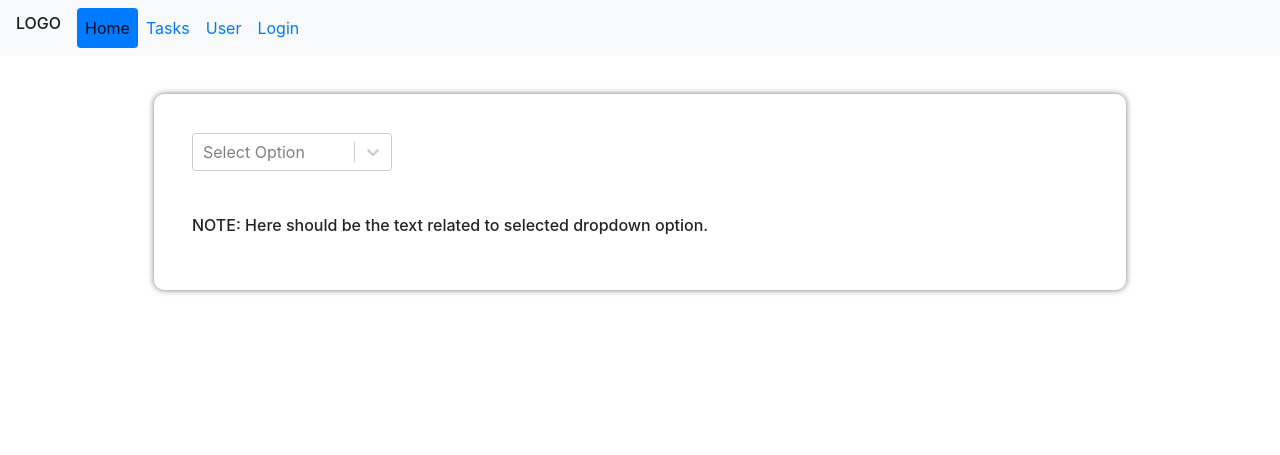
Repository: lalji-yadav/Nimapinfotech-demo-project
Page: /
These files come from the project's save history. The page is drawn as it stood at one moment and after the next save; the edit follows.
The browser window is 1280 px wide. The pictures show the whole page.
The project was rebuilt for these pictures with package versions that can differ from the ones it lists, and the page was loaded fresh each time. Also part of the build but not shown: src/components/Tasks.js, src/components/Users.js.

Above is the page before, as saved 2021-01-18 12:57:00.

After the next save:
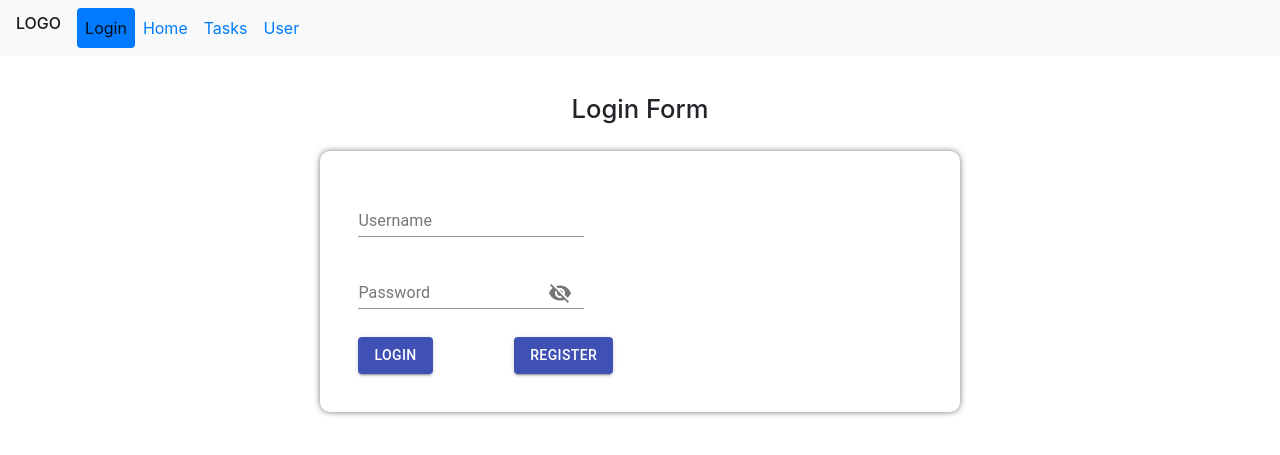
Saved 113 s later.
--- a/src/components/Navbars.js
+++ b/src/components/Navbars.js
@@ -23,9 +23,17 @@ const Navbars=()=> {
                       <Navbar.Toggle aria-controls="basic-navbar-nav" />
                       <Navbar.Collapse id="basic-navbar-nav">
                       <Nav variant="pills" defaultActiveKey="/">
+
                         <Nav.Item>
-                          <Nav.Link href="/">Home </Nav.Link>
+                          <Nav.Link href="/">Login </Nav.Link>
                         </Nav.Item>
+
+                        <Nav.Item>
+                          <Nav.Link eventKey="link-3">
+                          <Link to="/home"> Home </Link>
+                          </Nav.Link>
+                        </Nav.Item>
+
                         <Nav.Item>
                           <Nav.Link eventKey="link-1"> <Link to="/tasks"> Tasks </Link> </Nav.Link>
                         </Nav.Item>
@@ -35,11 +43,6 @@ const Navbars=()=> {
                           </Nav.Link>
                         </Nav.Item>
 
-                        <Nav.Item>
-                          <Nav.Link eventKey="link-3">
-                          <Link to="/login"> Login </Link>
-                          </Nav.Link>
-                        </Nav.Item>
                       </Nav>
                       </Navbar.Collapse>
                     </Navbar>
@@ -47,9 +50,9 @@ const Navbars=()=> {
 
                     <Switch>
 
-                     <Route exact path="/login" component={Login} />
+                     <Route exact path="/" component={Login} />
 
-                      <Route exact path="/" component={Home} />
+                      <Route exact path="/home" component={Home} />
 
                       <Route exact path="/user" component={User} />
 
